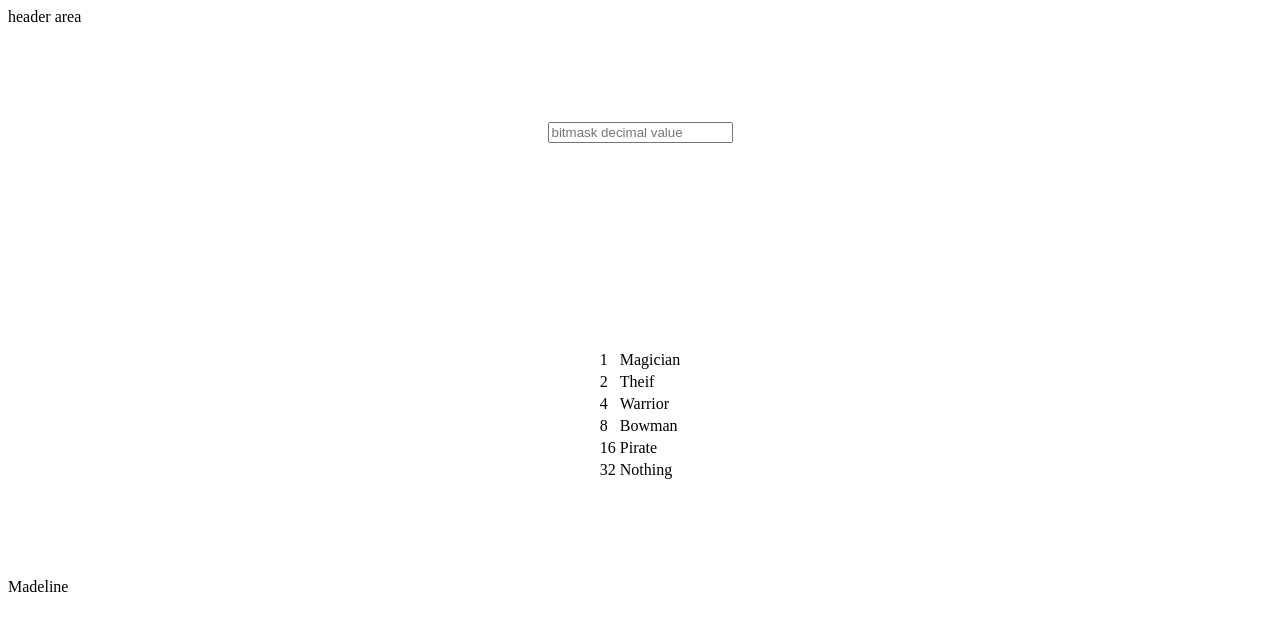
Repository: madelinestruthers/madeline-project
Page: /
These files come from the project's save history. The page is drawn as it stood at one moment and after a run of saves; the edit follows.
The browser window is 1280 px wide. The pictures show the whole page.
The project was rebuilt for these pictures with package versions that can differ from the ones it lists, and the page was loaded fresh each time. The framework's server and built-in components were replaced by stand-ins that run in the browser. Also part of the build but not shown: next.config.mjs.

Above is the page before, as saved 2024-01-29 20:29:39.

After the next 3 saves:
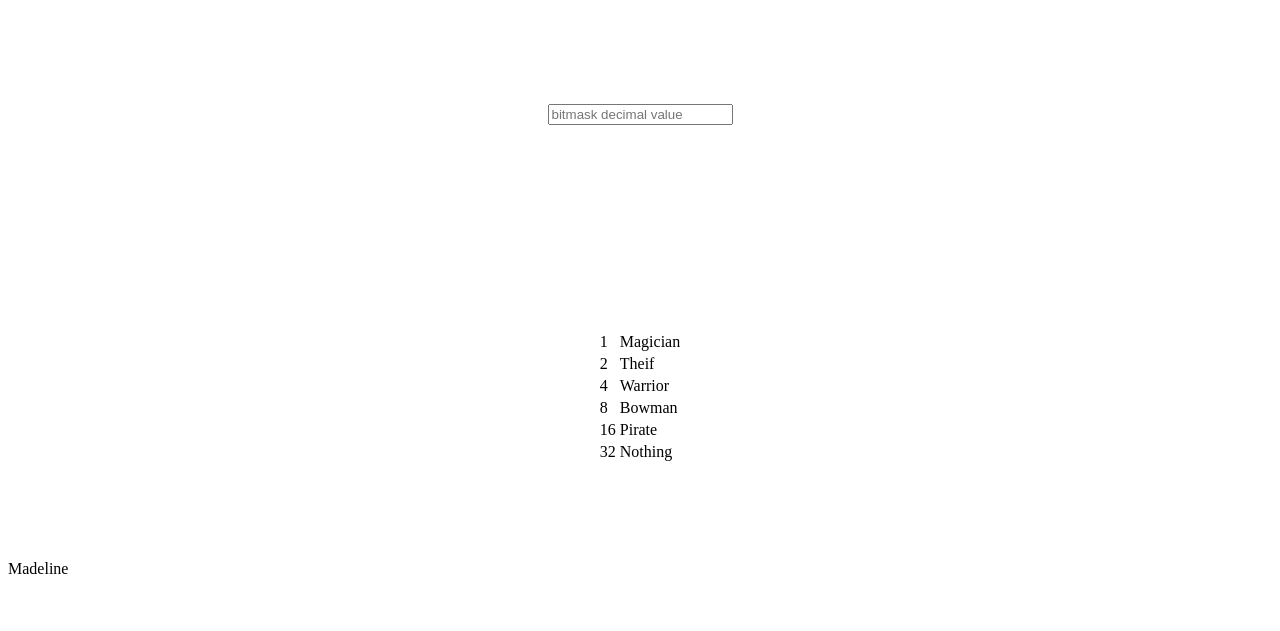
The 3 saves are shown as one change because 2 did not build or start.
The last was saved 68 s later.
--- a/pages/index.js
+++ b/pages/index.js
@@ -2,7 +2,7 @@ import Head from "next/head";
 import styles from "@/styles/Home.module.css";
 import { useState } from "react";
 import Footer from "@/components/Footer";
-
+import Header from "@/components/Header";
 
 export default function Home() {
 
@@ -28,9 +28,7 @@ const getClassStyle = flagValue => (input & flagValue) > 0 ? { backgroundColor:
         <meta name="viewport" content="width=device-width, initial-scale=1" />
         <link rel="icon" href="/favicon.ico" />
       </Head>
-      <header>
-        header area
-      </header>
+      <Header/>
       <main className={`${styles.main}`}>
         <input
         id="input"
@@ -54,7 +52,7 @@ const getClassStyle = flagValue => (input & flagValue) > 0 ? { backgroundColor:
       </main>
 
         <Footer/>
+      </>
 
-    </>
   );
 }
